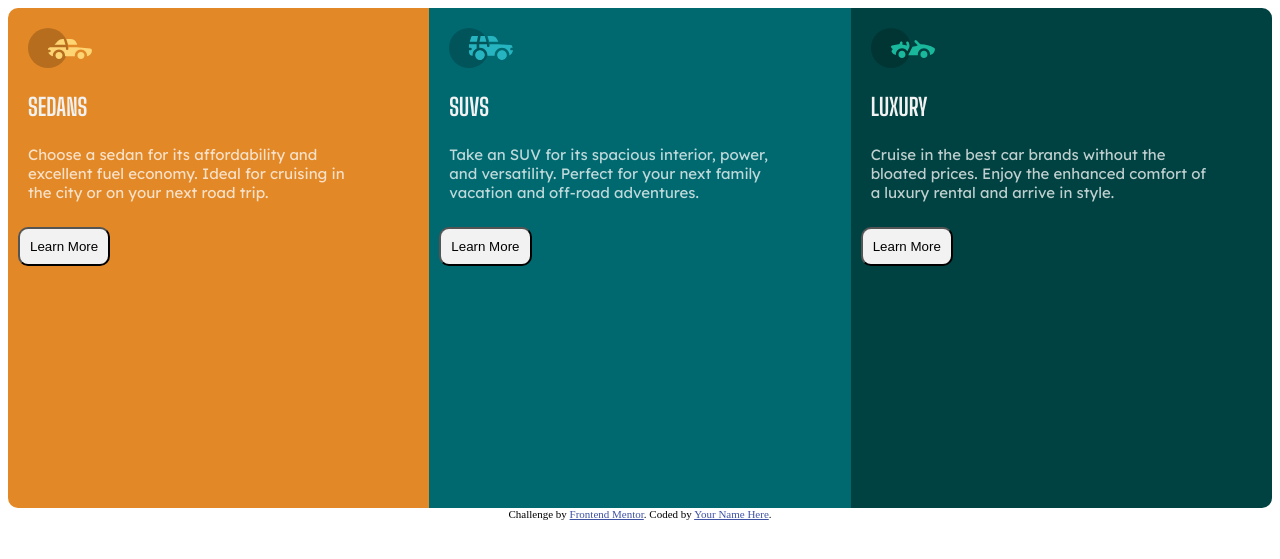
Repository: viniciussnt/3-column-preview-card
Page: index.html
An editor plug-in stored every save of this project. The page is shown before and after a run of saves, followed by the edit.
The browser window is 1280 px wide. The pictures show the whole page.

Above is the page before, as saved 2023-09-15 11:28:47.

After the next 4 saves:
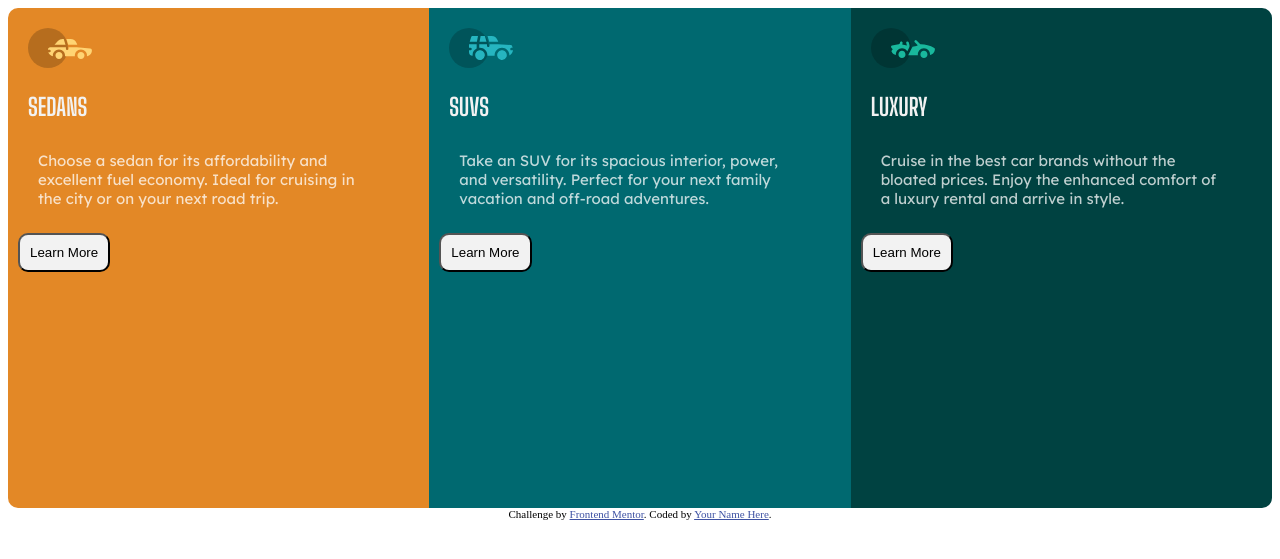
The 4 saves are shown as one change because they came seconds apart.
The last was saved 14 s later.
--- a/styles/style.css
+++ b/styles/style.css
@@ -69,8 +69,8 @@
     font-size: 15px;
     color: var(--color-primary);
 
-    margin-top: 20px;
-    margin-left: 20px;
+    margin-top: 30px;
+    margin-left: 30px;
 
     width: 80%;
 }
